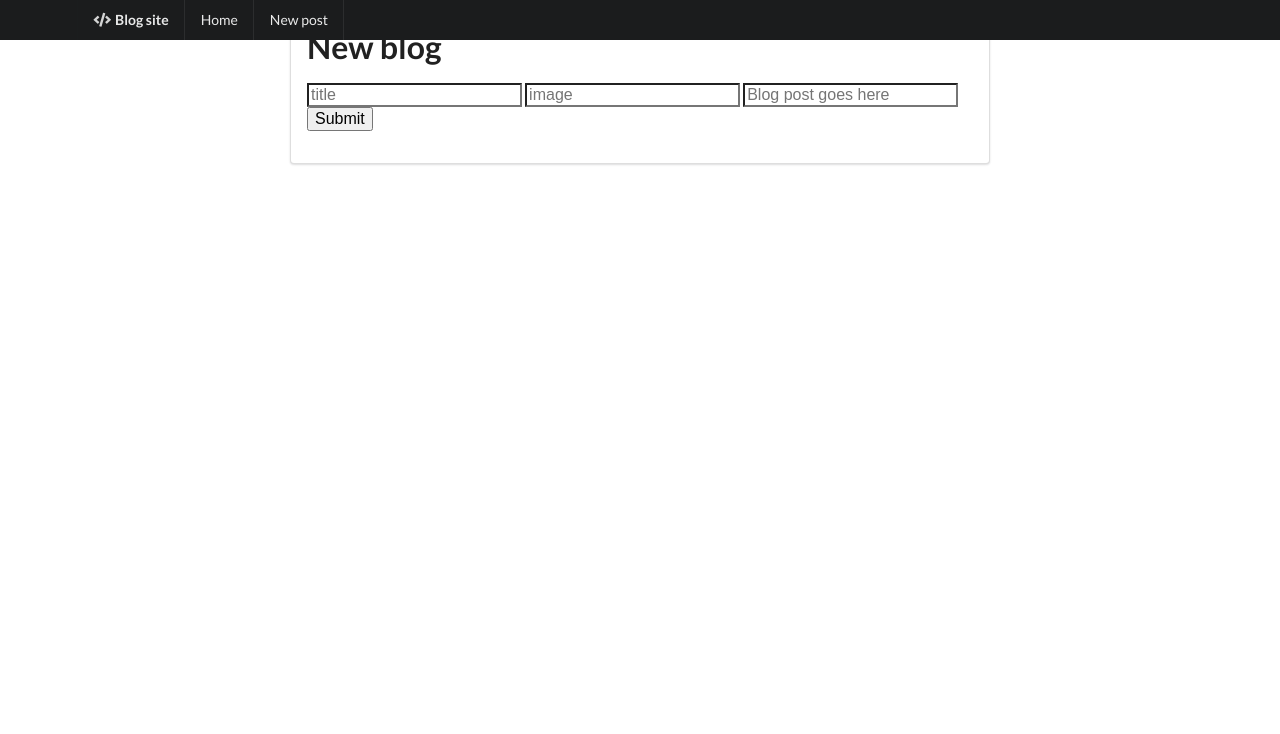
Repository: DevIvanVarela/the-web-developer-bootcamp
Page: http://localhost/blogs/new
The author's editor kept a record of every edit. The page is drawn from the files as they stood at one moment, then again after the next edit.
The browser window is 1280 px wide. The pictures show the whole page.
The page is served by the project's Node server (RESTfulRouting/RESTfulBlogApp/app.js).

Above is the page before.

After the next edit:
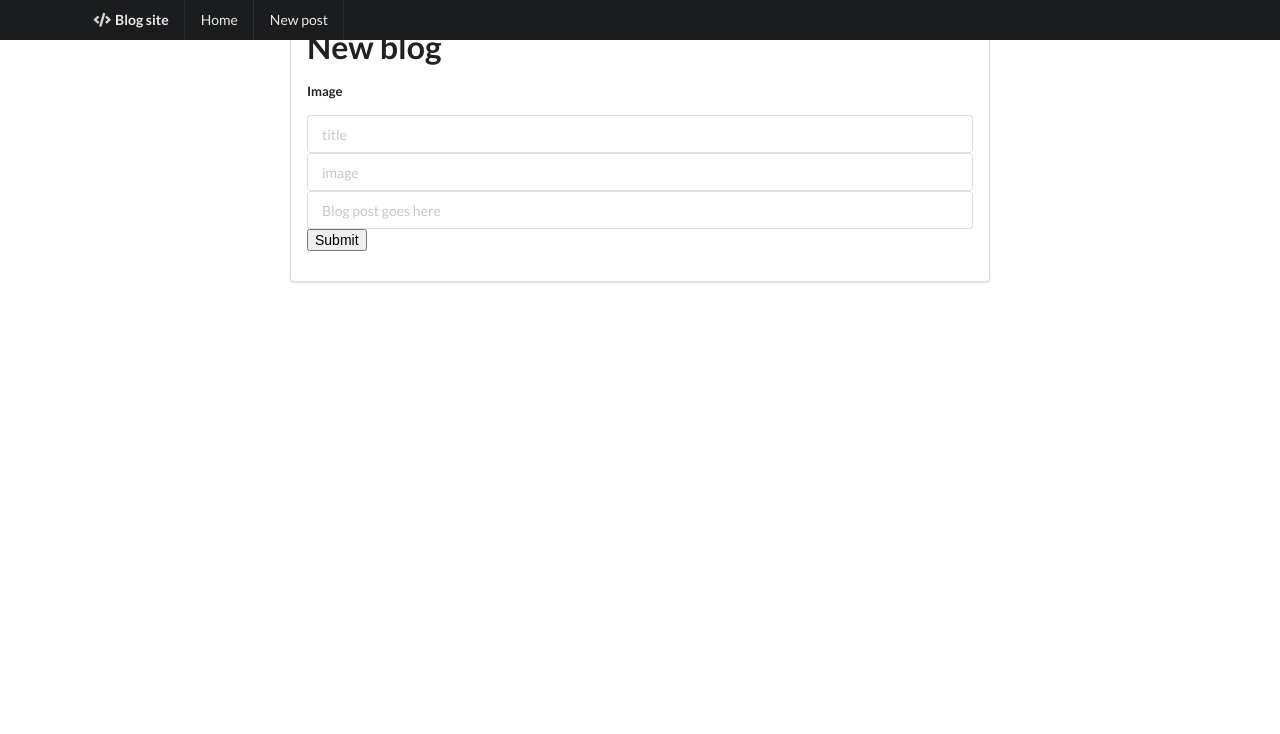
The edit:
--- a/workspace/RESTfulRouting/RESTfulBlogApp/views/new.ejs
+++ b/workspace/RESTfulRouting/RESTfulBlogApp/views/new.ejs
@@ -1,7 +1,10 @@
 <% include ./partials/header %>
 <div class="ui main text container segment">
     <div class="ui huge header">New blog</div>
-    <form action="/blogs" method="POST">
+    <form class="ui form" action="/blogs" method="POST">
+        <div class="field">
+            <label>Image</label>
+        </div>
         <input type="text" name="blog[title]" placeholder="title">
         <input type="text" name="blog[image]" placeholder="image">
         <input type="text" name="blog[body]" placeholder="Blog post goes here">
